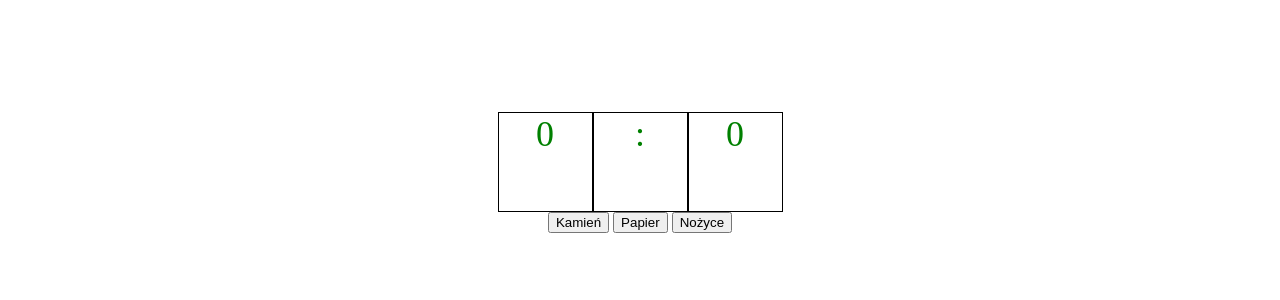
Repository: ulasup/javascript-prework
Page: index.html
The author's editor kept a copy of each file at every save. The page is drawn from the files as they stood at one save, then again after the next save.
The browser window is 1280 px wide. The pictures show the whole page.
Some web libraries are served in a nearby version. The style sheet was rebuilt from its Sass, Less or Tailwind sources for each picture, by a compiler version that may differ from the author's.

Above is the page before, as saved 2020-12-12 17:22:04.

### index.html
<!DOCTYPE html>
<html lang="en">
<head>
	<meta charset="UTF-8">
	<title>Kamień, papier, nożyce</title>
	<link rel="stylesheet" href="https://cdnjs.cloudflare.com/ajax/libs/font-awesome/5.9.0/css/all.min.css">
    <link rel="stylesheet" href="vendor/bootstrap-grid.css">
	<link rel="stylesheet" href="css/style.css">
</head>
<body>
	<div class="container">
		<div class="header"></div>
		<div class=row>
			<div class="player col-1">0</div>
			<div class="score col-1">:</div>
			<div class="computer col-1">0</div>
		</div>
		<div id="buttons">
			<button id="button-rock" type="button">Kamień</button>
			<button id="button-paper" type="button">Papier</button>
			<button id="button-scissors" type="button">Nożyce</button>
		</div>
		<div id="messages"></div>
	</div>
	<script src="js/functions.js"></script>
	<script src="js/script.js"></script>
</body>
</html>

### js/script.js
let buttonRock, buttonPaper, buttonScissors,
playerScore=0,
computerScore=0;

buttonRock = document.getElementById('button-rock');
buttonPaper = document.getElementById('button-paper');
buttonScissors = document.getElementById('button-scissors');

function buttonClicked(argButtonName) {
  clearMessages();

  let computerMove, playerMove, randomNumber;

  function getMoveName(argMoveId) {
    if (argMoveId == 1) {
      return 'kamień';
    } else if (argMoveId == 2) {
      return 'papier';
    } else if (argMoveId == 3) {
      return 'nożyce';
    } else {
      printMessage('Nie znam ruchu o id ' + argMoveId + '. Zakładam, że chodziło o "kamień".');
      return 'kamień';
    }
  }

  function displayResult(argPlayerMove, argComputerMove) {
    if (argPlayerMove == 'papier' && argComputerMove == 'kamień') {
      playerScore++;
      printMessage('Brawo! Zdobywasz punkt!');
    }
    else if (argPlayerMove == 'kamień' && argComputerMove == 'nożyce') {
      playerScore++;
      printMessage('Brawo! Zdobywasz punkt!');
    }
    else if (argPlayerMove == 'nożyce' && argComputerMove == 'papier') {
      playerScore++;
      printMessage('Brawo! Zdobywasz punkt!');
    }
    else if (argPlayerMove == argComputerMove) {
      printMessage('Remis!');
    }
    else {
      computerScore++;
      printMessage('Komputer zdobył punkt!');
    }
    printMessage('Komputer zagrał ' + argComputerMove + ', a Ty ' + argPlayerMove);
  }

  playerMove = argButtonName;
  randomNumber = Math.floor(Math.random() * 3 + 1);
  computerMove = getMoveName(randomNumber);

  if (playerScore == 3) {
    printMessage('Koniec gry! Wygrałeś');
  }
  else if (computerScore == 3) {
    printMessage('Koniec gry! Przegrałeś :(');
  }
  else displayResult(playerMove, computerMove);
}

buttonRock.addEventListener('click', function(){ buttonClicked('kamień'); });
buttonPaper.addEventListener('click', function(){ buttonClicked('papier'); });
buttonScissors.addEventListener('click', function(){ buttonClicked('nożyce'); });

### sass/style.scss
body {
    margin: 12px auto;
    text-align: center;
}
.header {
    min-height: 100px;
}
.row {
    justify-content: center;
}
.player, .computer, .score {
    min-height: 100px;
    color: green;
    font-size: 36px;
    border: 1px solid black;
    align-items: center;
}

Loaded but not shown: vendor/bootstrap-grid.css (library); js/functions.js (common file)

After the next save:
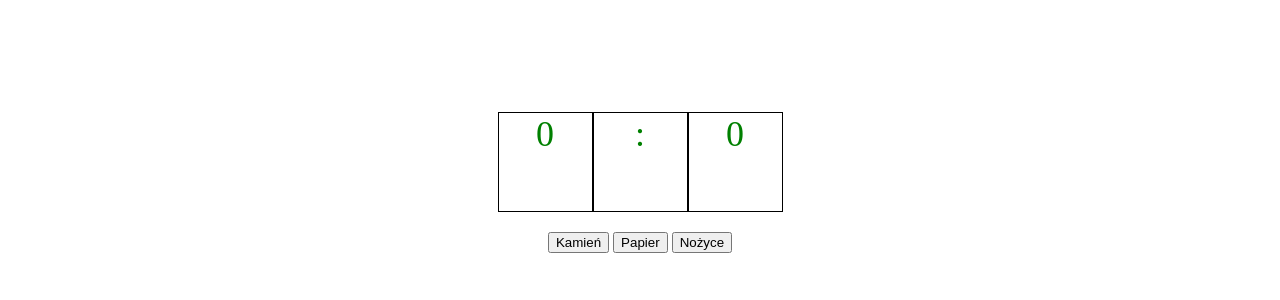
Saved 73 s later.
--- a/sass/style.scss
+++ b/sass/style.scss
@@ -15,3 +15,6 @@ body {
     border: 1px solid black;
     align-items: center;
 }
+#buttons {
+    margin: 20px;
+}
